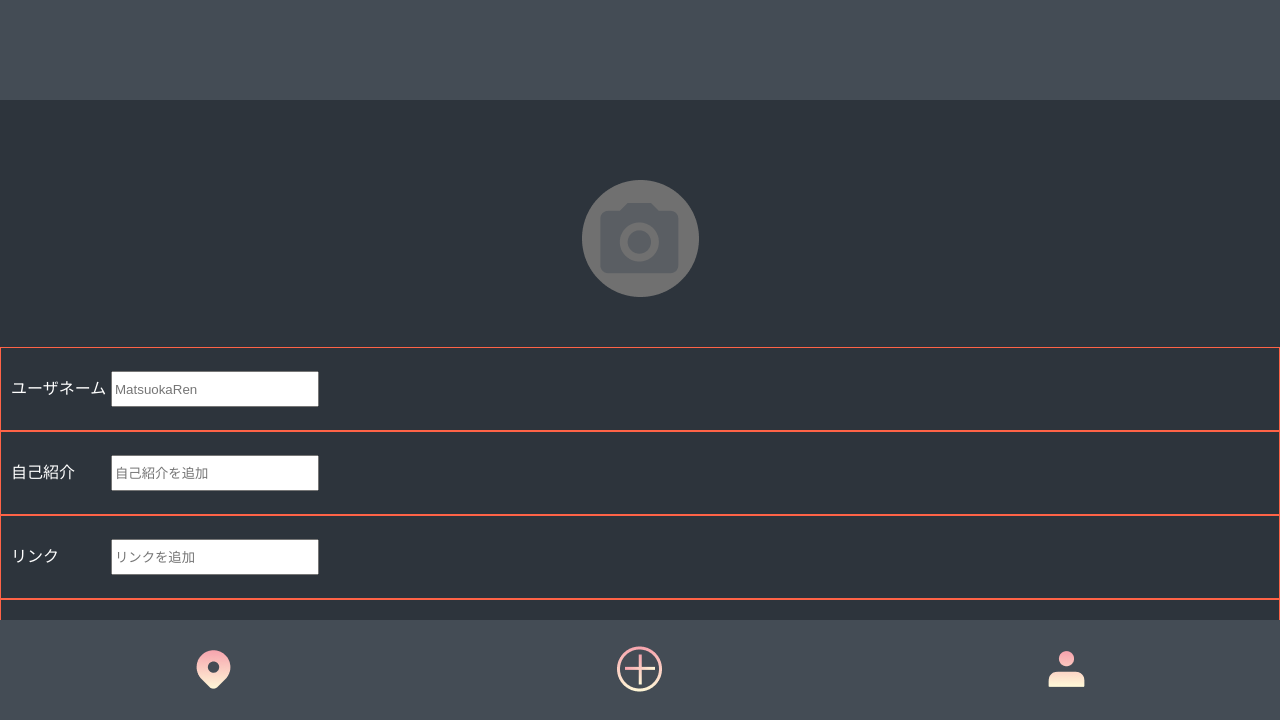
Repository: ren0714poo/respos
Page: edit.html
The author's editor kept a copy of each file at every save. The page is drawn from the files as they stood at one save, then again after the next save.
The browser window is 1280 px wide. The pictures show the whole page.

Above is the page before, as saved 2025-07-17 14:14:26.

After the next save:
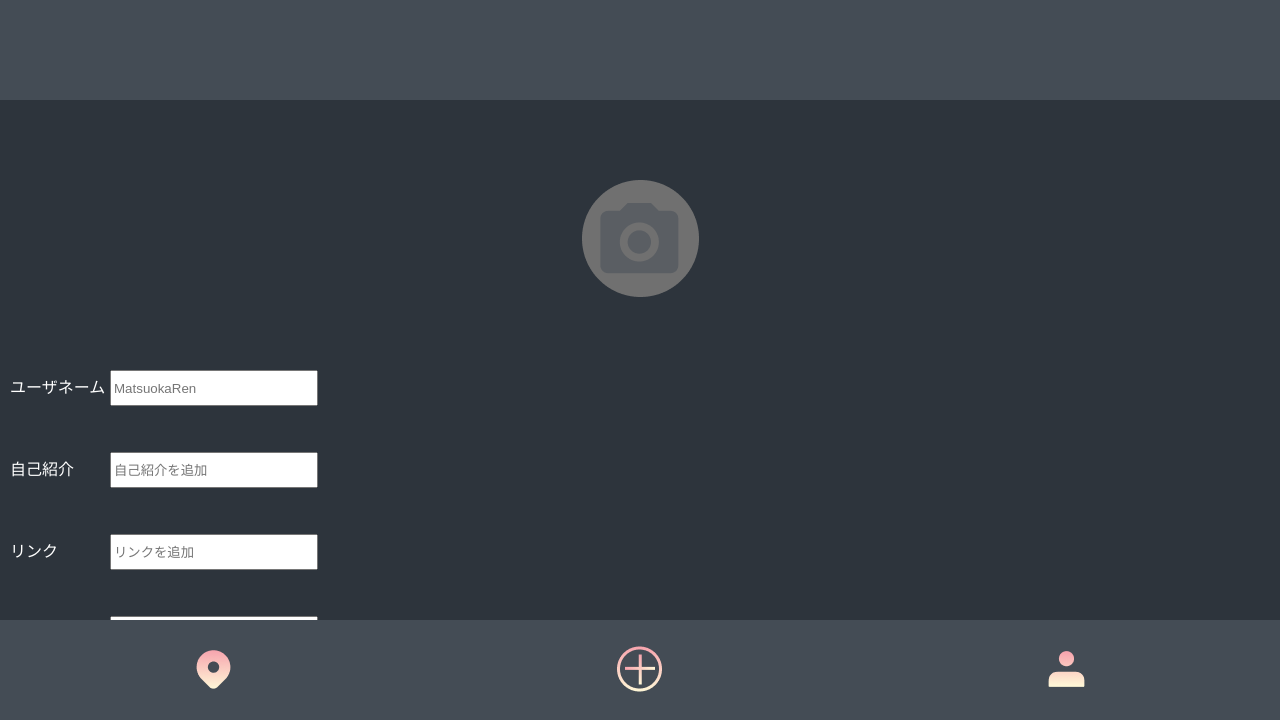
Saved 4 s later.
--- a/css/edit.css
+++ b/css/edit.css
@@ -42,7 +42,6 @@ main{
   line-height: 50px;
 }
 .edit_flex{
-  border: 1px solid tomato;
   display: flex;
 p{
   width: 100px;
